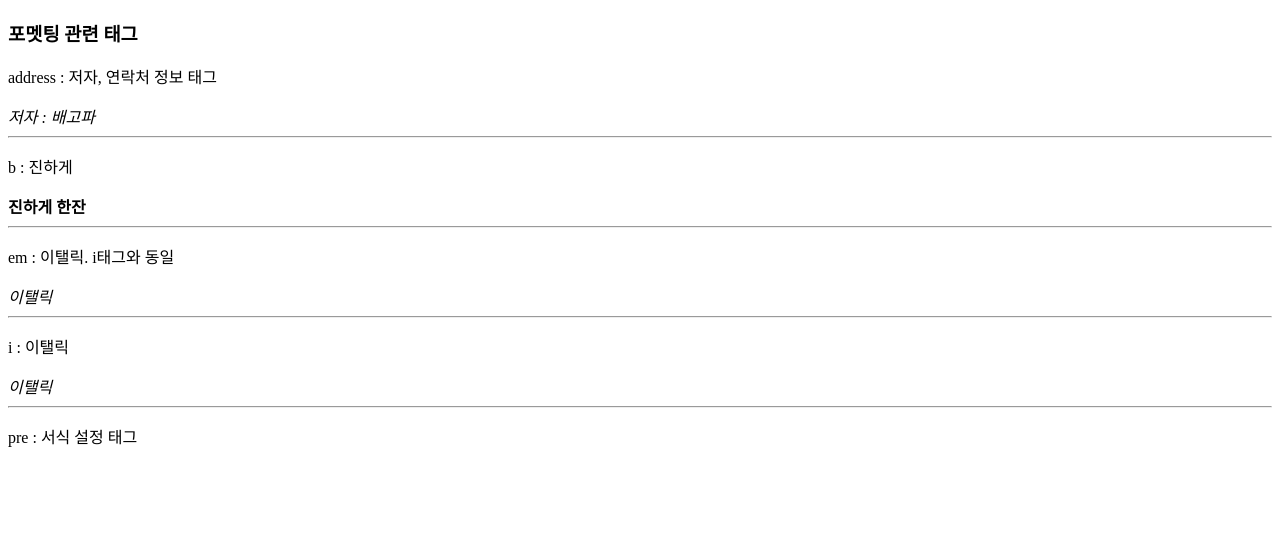
Repository: JiYoon0712/HTML_CSS_javascript
Page: work/study/src/main/webapp/htmlEx/ch02/ex07.html
An editor plug-in stored every save of this project. The page is shown before and after a run of saves, followed by the edit.
The browser window is 1280 px wide. The pictures show the whole page.

Above is the page before, as saved 2023-04-03 03:41:10.

After the next 2 saves:
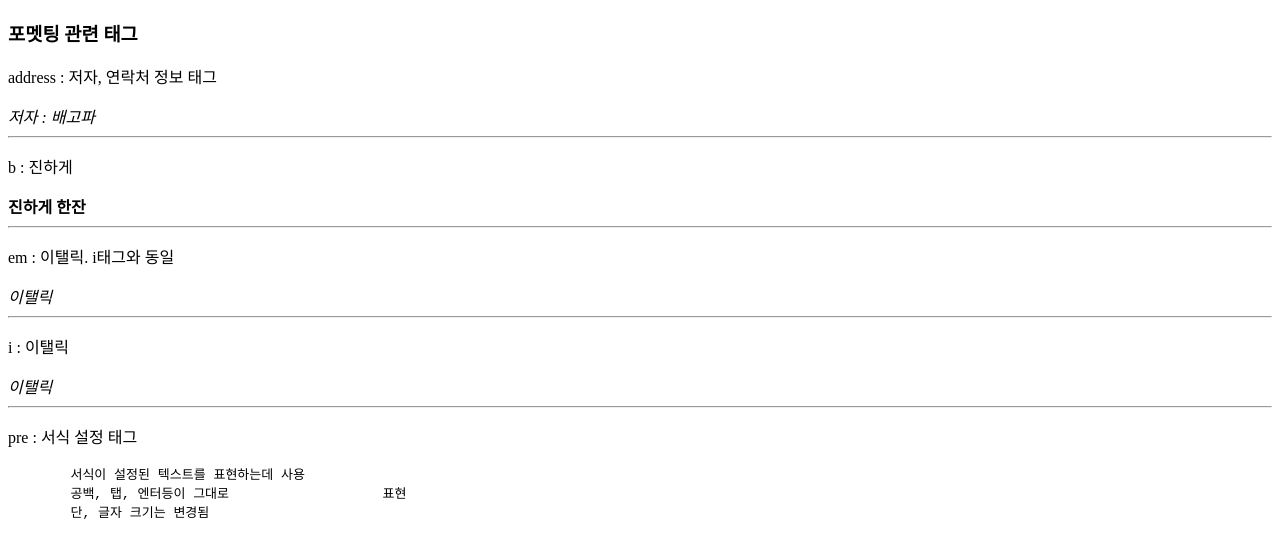
The 2 saves are shown as one change because they came seconds apart.
The last was saved 29 s later.
--- a/work/study/src/main/webapp/htmlEx/ch02/ex07.html
+++ b/work/study/src/main/webapp/htmlEx/ch02/ex07.html
@@ -25,6 +25,12 @@
 <hr>
 
 <p> pre : 서식 설정 태그 </p>
+<pre>
+	서식이 설정된 텍스트를 표현하는데 사용
+	공백, 탭, 엔터등이 그대로 			표현
+	단, 글자 크기는 변경됨
+</pre>
+
 
 </body>
 </html>
